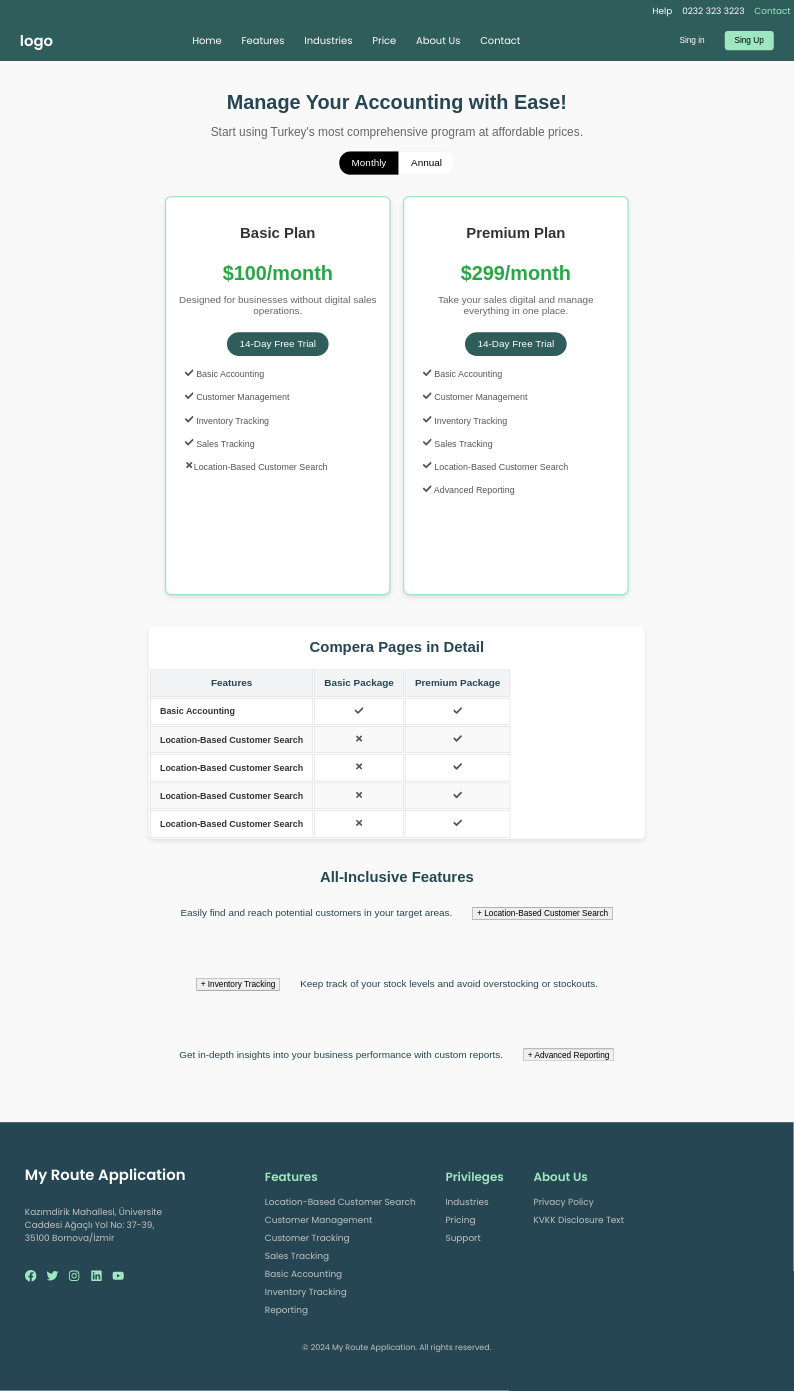
Repository: senolinanyasar/myrouteapplication
Page: /pricing
An editor plug-in stored every save of this project. The page is shown before and after the next save, followed by the edit.
The browser window is 1280 px wide. The pictures show the whole page, at 62% of full size.
The project was rebuilt for these pictures with package versions that can differ from the ones it lists, and the page was loaded fresh each time. Also part of the build but not shown: vite.config.js, src/components/HeroSection.css, src/components/HeroSection.js, src/components/FeaturesSection.js, src/components/PricingSection.css, src/components/PricingSection.js, src/components/SupportSection.css, src/components/SupportSection.js and 3 more.

Above is the page before, as saved 2024-11-16 22:09:16.

### src/index.css
@import url('https://fonts.googleapis.com/css2?family=Poppins:wght@400;600&display=swap');

body {
  font-family: 'Poppins', sans-serif;
  color: #264653;
  background-color: #f1faee;
  margin: 0;
  padding: 0;
  box-sizing: border-box;
}

code {
  font-family: source-code-pro, Menlo, Monaco, Consolas, 'Courier New',
    monospace;
}

### src/App.js
import React from 'react';
import { BrowserRouter as Router, Route, Routes } from 'react-router-dom';
import Header from './components/Header';
import HomePage from './components/HomePage';
import PricingPage from './components/PricingPage';
import TopBar from './components/TopBar';
import Footer from './components/Footer';


function App() {
  return (
    <Router>
      <TopBar/>
      <Header />
      <Routes>
        <Route path='/' element={<HomePage />} />
        <Route path='/pricing' element={<PricingPage />} />

      </Routes>
      <Footer/>
    </Router>

  );
}

export default App;

### src/components/Header.js
// Header.js
import React from 'react';
import './Header.css';
import { Link } from 'react-router-dom';

const Header = () => {
    return (
        <header className="header">
            <div className="header-logo">logo</div>
            <nav className="header-nav">

                    <Link to="/">Home</Link>
                    <Link to="/features">Features</Link>
                    <Link to="/industries">Industries</Link>
                    <Link to="/pricing">Price</Link>
                    <Link to="/aboutus">About Us</Link>
                    <Link to="/contact">Contact</Link>



            </nav>
            <div className="header-buttons">
                <button className="login-button">Sing in</button>
                <button className="register-button">Sing Up</button>
            </div>
        </header>
    );
};


export default Header;

### src/components/PricingPage.js
// PricingPage.js

import React, { useState } from "react";
import './PricingPage.css';
import { FaCheck, FaTimes } from "react-icons/fa";


const PricingPage = () => {
    const [isAnnual, setIsAnnual] = useState(false);

    return (
        <section className="pricing-page">
            <div className="pricing-header">
                <h1>Manage Your Accounting with Ease!</h1>
                <p>Start using Turkey's most comprehensive program at affordable prices.</p>
                <div className="toggle-buttons">
                    <button
                        className={`toggle-btn ${!isAnnual ? "active" : ""}`}
                        onClick={() => setIsAnnual(false)}
                    >
                        Monthly
                    </button>
                    <button
                        className={`toggle-btn ${isAnnual ? "active" : ""}`}
                        onClick={() => setIsAnnual(true)}
                    >
                        Annual
                    </button>
                </div>
            </div>
            <div className="pricing-plans">
                <div className="plan basic-plan">
                    <h3>Basic Plan</h3>
                    <p className="price">
                        {isAnnual ? "$1,000/year" : "$100/month"}
                    </p>
                    <p className="subtext">
                        Designed for businesses without digital sales operations.
                    </p>
                    <button className="try-button">14-Day Free Trial</button>
                    <ul>
                        <li><FaCheck /> Basic Accounting</li>
                        <li><FaCheck /> Customer Management</li>
                        <li><FaCheck /> Inventory Tracking</li>
                        <li><FaCheck /> Sales Tracking</li>
                        <li><FaTimes className="not-included" />Location-Based Customer Search</li>
                    </ul>
                </div>
                <div className="plan premium-plan">
                    <h3>Premium Plan</h3>
                    <p className="price">
                        {isAnnual ? "$3,000/year" : "$299/month"}
                    </p>
                    <p className="subtext">
                        Take your sales digital and manage everything in one place.
                    </p>
                    <button className="try-button">14-Day Free Trial</button>

                    <ul>
                        <li><FaCheck /> Basic Accounting</li>
                        <li><FaCheck /> Customer Management</li>
                        <li><FaCheck /> Inventory Tracking</li>
                        <li><FaCheck /> Sales Tracking</li>
                        <li><FaCheck /> Location-Based Customer Search</li>
                        <li><FaCheck /> Advanced Reporting</li>
                    </ul>
                </div>
            </div>


            <div className="comparison-table">
                <h2>Compera Pages in Detail</h2>
                <table>
                    <thead>
                        <tr>
                            <th>Features</th>
                            <th>Basic Package</th>
                            <th>Premium Package</th>
                        </tr>
                    </thead>
                    <tbody>
                        <tr>
                            <td>Basic Accounting</td>
                            <td><FaCheck /></td>
                            <td><FaCheck /></td>
                        </tr>
                        <tr>
                            <td>Location-Based Customer Search</td>
                            <td><FaTimes className="not-included" /></td>
                            <td><FaCheck /></td>
                        </tr>
                        <tr>
                            <td>Location-Based Customer Search</td>
                            <td><FaTimes className="not-included" /></td>
                            <td><FaCheck /></td>
                        </tr>
                        <tr>
                            <td>Location-Based Customer Search</td>
                            <td><FaTimes className="not-included" /></td>
                            <td><FaCheck /></td>
                        </tr>
                        <tr>
                            <td>Location-Based Customer Search</td>
                            <td><FaTimes className="not-included" /></td>
                            <td><FaCheck /></td>
                        </tr>
                    </tbody>
                </table>
            </div>

            <div className="features-expand">
                <h2> All-Inclusive Features</h2>
                <div className="feature">
                    <button className="feature-toggle">+ Location-Based Customer Search</button>
                    <p className="feature-description">Easily find and reach potential customers in your target areas.</p>
                </div>
                <div className="feature">
                    <button className="feature-toggle">+  Inventory Tracking</button>
                    <p className="feature-description">Keep track of your stock levels and avoid overstocking or stockouts.</p>
                </div>
                <div className="feature">
                    <button className="feature-toggle">+ Advanced Reporting</button>
                    <p className="feature-description">Get in-depth insights into your business performance with custom reports.</p>
                </div>
            </div>
        </section>
    );

};

export default PricingPage;

### src/components/TopBar.js
// TopBar.js
import React from 'react';
import './TopBar.css';

const TopBar = () => {
    return (
        <div className="top-bar">
            <div className="top-bar-content">
                <span>Help</span>
                <span>0232 323 3223</span>
                <a href="#contact">Contact</a>
            </div>
        </div>
    );
};

export default TopBar;

### src/components/Footer.js
// Footer.js

import React from 'react';
import './Footer.css';
import { FaFacebook, FaInstagram, FaLinkedin, FaTwitter, FaYoutube } from 'react-icons/fa';

const Footer = () => {
    return (
        <footer className="footer">
            <div className='footer-content'>
                <div className='footer-left'>
                    <div className='footer-logo'>
                        <h2>My Route Application</h2>
                    </div>
                    <p>Kazımdirik Mahallesi, Üniversite <br />Caddesi Ağaçlı Yol No: 37-39, <br />35100 Bornova/İzmir</p>
                    <div className='social-icons'>
                        <FaFacebook />
                        <FaTwitter />
                        <FaInstagram />
                        <FaLinkedin />
                        <FaYoutube />
                    </div>
                </div>

                <div className="footer-right">
                <br/><br/><br/><br/>
                    <div className='footer-section'>
                        <h4>Features</h4>
                        <ul>
                            <li>Location-Based Customer Search</li>
                            <li>Customer Management</li>
                            <li>Customer Tracking</li>
                            <li>Sales Tracking</li>
                            <li>Basic Accounting</li>
                            <li>Inventory Tracking</li>
                            <li>Reporting</li>
                        </ul>
                    </div>

                    <div className="footer-section">
                        <h4>Privileges</h4>
                        <ul>
                            <li>Industries</li>
                            <li>Pricing</li>
                            <li>Support</li>
                        </ul>
                    </div>

                    <div className="footer-section">
                        <h4>About Us</h4>
                        <ul>
                            <li>Privacy Policy</li>
                            <li>KVKK Disclosure Text</li>
                        </ul>
                    </div>
                </div>
            </div>

            <div className="footer-bottom">
                <p>&copy; 2024 My Route Application. All rights reserved.</p>
            </div>
        </footer>
    );
};

export default Footer;

### src/components/Header.css
/* Header.css */
.header{
    display: flex;
    justify-content: space-between;
    align-items: center;
    padding: 1rem 2rem;
    background-color: #2f5d5b;
    color: white;
    margin-top: 2rem;
    position: sticky;
    top: 2rem;
    z-index: 999;
}


.header-logo {
    font-size: 1.5rem;
    font-weight: bold;
}
.header-nav a{
    margin: 0 1rem;
    color: white;
    text-decoration: none;
}
.header-nav a:hover {
    color: #e9c46a;
  }

.header-buttons button{
    margin-left: 1rem;
    padding: 0.5rem 1rem;
    border: none;
    border-radius: 5px;
}

.login-button{
    background-color: #2f5d5b;
    color: white;
}

.register-button{
    background-color: #9fe7c0;
    color: black;
}

### src/components/PricingPage.css
/* PricingPage.css */

.pricing-page{
    font-family: "Arial",sans-serif;
    padding: 20px;
    text-align: center;
    background-color: #f9f9f9;
    text-align: center;
}

.pricing-header{
    text-align: center;
    margin-bottom: 30px;
}
.pricing-header h1{
    font-size: 2rem;
    font-weight: bold;
    margin-bottom: 10px;
}

.pricing-header p{
    margin-bottom: 20px;
    color: #666;
    font-size: 1.2rem;
}

.toggle-buttons{
    display: inline-block;
    background-color: #e9e9e9;
    border-radius: 20px;
    overflow: hidden;
}

.toggle-btn{
    padding: 10px 20px;
   font-size: 1rem;
    cursor: pointer;
    color: #000;
    border: none;
    background:  #fff;
    transition: all 0.3s;
}
.toggle-buttons .active{
    background-color: #000;
    color: #fff;
}

.pricing-plans{
    display: flex;
    justify-content: center;
    gap: 20px;
    margin-top: 30px;
    align-items: center;

}

.plan {
    background: #fff;
    border: 1px solid #ddd;
    border-radius: 10px;
    padding: 20px;
    width: 320px;
    height: 600px;
    margin-bottom: 50px;
    text-align: center;
    transition: transform 0.3s ease;
    box-shadow: 0px 4px 8px rgba(0, 0, 0, 0.1);
}

.plan:hover{
    transform: scale(1.05);
}
.plan h3{
    font-size: 1.5rem;
    color: #333;
    margin-bottom: 10px;
}

.plan .price{
    font-size: 2rem;
    font-weight: bold;
    color: #28a745;
    margin-bottom: 10px;
}

.plan .subtext{
    font-size: 1rem;
    color: #666;
    margin-bottom: 15px;
}



.plan ul{
    list-style: none;
    padding: 0;
    margin-top: 20px;
}

.plan ul li{
    color: #555;
    font-size: 0.9rem;
    margin-bottom: 20px;
    margin-left: 10px;
    text-align: left;
}

.try-button{
    background: #2f5d5b;
    color: #fff;
    padding: 10px 20px;
    border: none;
    border-radius: 20px;
    cursor: pointer;
    font-size: 1rem;
    margin-top: 10px;
    transition: transform 0.3s ease;
}

.try-button:hover{
    background: #9fe7c0;
}
.basic-plan{
    border: 2px solid #9fe7c0;
}
.premium-plan{
    border: 2px solid #9fe7c0;
}
.comparison-table-container {
    padding: 20px;
    background-color: #f9f9f9;
    text-align: center;
  }

  .comparison-table-container h2 {
    font-size: 1.8rem;
    margin-bottom: 20px;
  }

  .comparison-table {
    width: 100%;
    max-width: 800px;
    margin: 0 auto;
    border-collapse: collapse;
    font-family: Arial, sans-serif;
    background: #fff;
    border-radius: 8px;
    overflow: hidden;
    box-shadow: 0 4px 8px rgba(0, 0, 0, 0.1);
  }

  .comparison-table th,
  .comparison-table td {
    border: 1px solid #ddd;
    padding: 12px 15px;
    text-align: center;
  }

  .comparison-table th {
    background-color: #f3f4f6;
    font-size: 1rem;
    font-weight: bold;
  }

  .comparison-table td {
    font-size: 0.9rem;
    color: #555;
  }

  .comparison-table td:first-child {
    text-align: left;
    font-weight: bold;
    color: #333;
  }

  .comparison-table tbody tr:nth-child(even) {
    background-color: #f9f9f9;
  }

  .comparison-table tbody tr:hover {
    background-color: #f1f1f1;
  }

  .icon-check {
    color: #28a745;
    font-size: 1.2rem;
  }

  .icon-times {
    color: #dc3545;
    font-size: 1.2rem;
  }

.features-expand{
    margin-top: 3rem;
}

.feture{
    margin-top: 1rem;
}


.feture-toggle{
    background: none;
    border: none;
    font-size: 1rem;
    font-weight: bold;
    color: #2a9d8f;
    cursor: pointer;
    display: block;
    text-align: left;
    padding: 0.5rem;
}

.feture-description{
    display: none;
    color: #6d6d6d;
    font-size: 0.9rem;
    margin-top: 0.5rem;
}

.feture-toggle:focus + .feture-description,
.feture-toggle:hover + .feture-description{
    display: block;
}

### src/components/TopBar.css
/* TopBar.css */

.top-bar {
    background-color: #2f5d5b;
    color: white;
    padding: 0.5rem;
    font-size: 0.9rem;
    display: flex;
    justify-content: center;
    position: fixed;
    top: 0;
    width: 99%;
    z-index: 1000;
}
.top-bar-content {
    display: flex;
    gap: 1rem;
    align-items: center;
    justify-content: flex-end;
    width: 100%;
}

.top-bar-content span{
    color: #ffffff;
}
.top-bar-content a{
    color: #9fe7c0;
    text-decoration: none;
    transition: color 0.3s;
}

.top-bar-content a:hover{
    color: #c3f2d0;
}

### src/components/Footer.css
/* Footer.css */

.footer {
    background-color: #264653;
    color: #ffffff;
    padding: 3rem 2rem;
}
.footer-content{
    display: flex;
    max-width: 1200px;
    justify-content: space-around;
    margin: 0 auto;
}

.footerleft{
    flex: 1;
    max-width: 300px;
}

.footer-logo h2{
    font-size: 1.5rem;
    color: #ffffff;
    margin-bottom: 2rem;
}


.footer-left p{
    color: #c3c3c3;
    font-size: 0.9rem;
    margin-bottom: 2.5rem;
}

.social-icons{
    display: flex;
    gap: 1rem;
    font-size: 1.2rem;
}


.social-icons svg{
    color: #9fe7c0;
    cursor: pointer;
    transition: color 0.3s ease;
}
.social-icons svg:hover {
    color: #c3f2d0;
}

.footer-right{
    display: flex;
    gap: 3rem;
    flex: 2;
    margin-left: 5rem;
}

.footer-section{
    text-align: left;
}
.footer-section h4{
    font-size: 1.2rem;
    color: #9fe7c0;
    margin-bottom: 1rem;
}
.footer-section ul{
    list-style: none;
    padding: 0;
    margin: 0;

}

.footer-section ul li{
    font-size: 0.9rem;
    margin-bottom: 0.5rem;
    color: #c3c3c3;
    cursor: pointer;
    transition: color 0.3s ease;
}

.footer-sectionul li:hover{
    color: #ffffff;
}

.footer-bottom{
    text-align: center;
    font-size: 0.8rem;
    color: #c3c3c3;
    margin-top: 2rem;
}

### src/components/FeaturesSection.css
/* FeaturesSection.css */
.features-section {
    padding: 4rem 2rem;
    text-align: center;
}

.features-title {
    font-size: 2rem;
    font-weight: 600;
    color: #264653;
    margin-bottom: 3rem;
    line-height: 1.2;
}



.feature {
    display: flex;
    align-items: center;
    justify-content: center;
    gap: 2rem;
    margin-bottom: 4rem;
    flex-direction: row;
}

.feature:nth-child(even) {
    flex-direction: row-reverse;
}

.feature-text {
    flex: 1;
    max-width: 500px;
    text-align: left;
}

.features h3 {
    font-size: 1.8rem;
    font-weight: 600;
    color: #264653;
    margin-bottom: 1rem;
}

.feature-text p {
    font-size: 1.1rem;
    color: #6d6d6d;
    margin-bottom: 1.5rem;
}

.cta-button {
    padding: 0.8rem 1.5rem;
    font-size: 1rem;
    color: #2f5d5b;
    background-color: #9fe7c0;
    border: none;
    border-radius: 5px;
    cursor: pointer;
    transition: background-color 0.3s ease;
    text-align: center;
}

.cta-button:hover {
    background-color: #c3f2d0;
}

.feature-image {
    flex: 1;
    max-width: 400px;
    height: auto;
}

.feature-image img {
    width: 100%;
    height: auto;
    object-fit: cover;
    border-radius: 10px;
}

Loaded but not shown: public/index.html (common file); src/index.js (common file); src/reportWebVitals.js (common file)

After the next save:
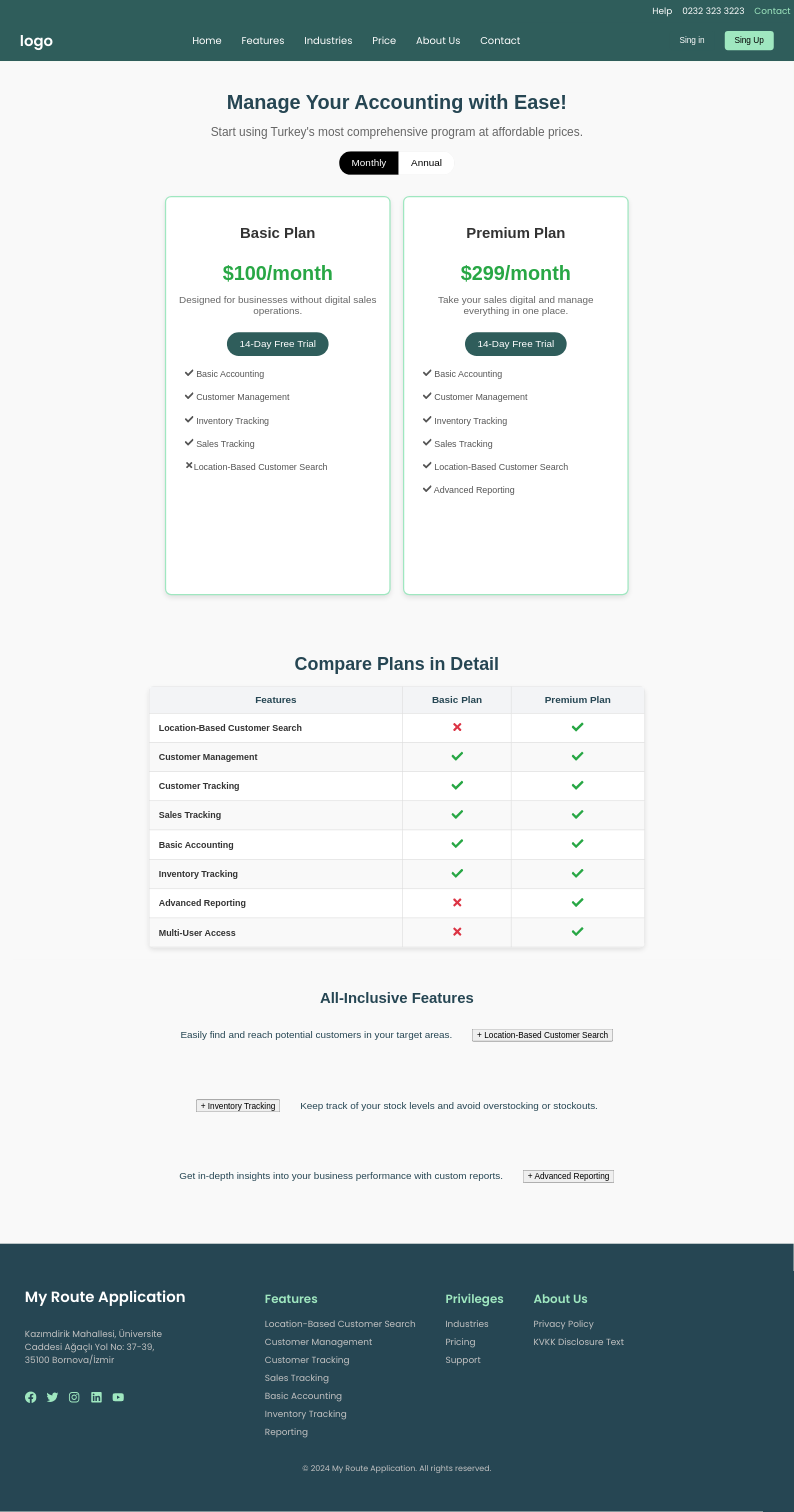
Saved 8 s later.
--- a/src/components/PricingPage.js
+++ b/src/components/PricingPage.js
@@ -68,41 +68,56 @@ const PricingPage = () => {
             </div>
 
 
-            <div className="comparison-table">
-                <h2>Compera Pages in Detail</h2>
-                <table>
+            <div className="comparison-table-container">
+                <h2>Compare Plans in Detail</h2>
+                <table className="comparison-table">
                     <thead>
                         <tr>
                             <th>Features</th>
-                            <th>Basic Package</th>
-                            <th>Premium Package</th>
+                            <th>Basic Plan</th>
+                            <th>Premium Plan</th>
                         </tr>
                     </thead>
                     <tbody>
                         <tr>
-                            <td>Basic Accounting</td>
-                            <td><FaCheck /></td>
-                            <td><FaCheck /></td>
+                            <td>Location-Based Customer Search</td>
+                            <td><FaTimes className="icon-times" /></td>
+                            <td><FaCheck className="icon-check" /></td>
                         </tr>
                         <tr>
-                            <td>Location-Based Customer Search</td>
-                            <td><FaTimes className="not-included" /></td>
-                            <td><FaCheck /></td>
+                            <td>Customer Management</td>
+                            <td><FaCheck className="icon-check" /></td>
+                            <td><FaCheck className="icon-check" /></td>
                         </tr>
                         <tr>
-                            <td>Location-Based Customer Search</td>
-                            <td><FaTimes className="not-included" /></td>
-                            <td><FaCheck /></td>
+                            <td>Customer Tracking</td>
+                            <td><FaCheck className="icon-check" /></td>
+                            <td><FaCheck className="icon-check" /></td>
                         </tr>
                         <tr>
-                            <td>Location-Based Customer Search</td>
-                            <td><FaTimes className="not-included" /></td>
-                            <td><FaCheck /></td>
+                            <td>Sales Tracking</td>
+                            <td><FaCheck className="icon-check" /></td>
+                            <td><FaCheck className="icon-check" /></td>
                         </tr>
                         <tr>
-                            <td>Location-Based Customer Search</td>
-                            <td><FaTimes className="not-included" /></td>
-                            <td><FaCheck /></td>
+                            <td>Basic Accounting</td>
+                            <td><FaCheck className="icon-check" /></td>
+                            <td><FaCheck className="icon-check" /></td>
+                        </tr>
+                        <tr>
+                            <td>Inventory Tracking</td>
+                            <td><FaCheck className="icon-check" /></td>
+                            <td><FaCheck className="icon-check" /></td>
+                        </tr>
+                        <tr>
+                            <td>Advanced Reporting</td>
+                            <td><FaTimes className="icon-times" /></td>
+                            <td><FaCheck className="icon-check" /></td>
+                        </tr>
+                        <tr>
+                            <td>Multi-User Access</td>
+                            <td><FaTimes className="icon-times" /></td>
+                            <td><FaCheck className="icon-check" /></td>
                         </tr>
                     </tbody>
                 </table>
